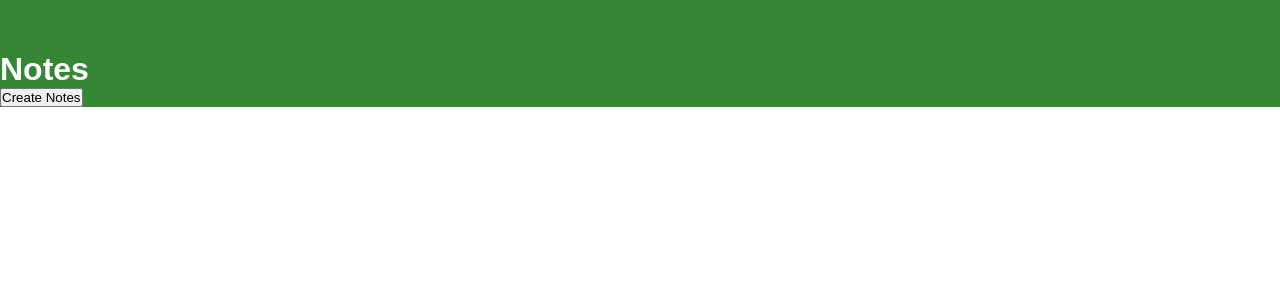
Repository: jadon1281/Imersion_Project
Page: Task2/Note_APP/index.html
These files come from the project's save history. The page is drawn as it stood at one moment and after a run of saves; the edit follows.
The browser window is 1280 px wide. The pictures show the whole page.

Above is the page before, as saved 2025-06-12 09:38:21.

### Task2/Note_APP/index.html
<!DOCTYPE html>
<html lang="en">
<head>
    <meta charset="UTF-8">
    <meta name="viewport" content="width=device-width, initial-scale=1.0">
    <title>Document</title>
    <link rel="stylesheet" href="./style.css">
</head>
<body>
    <div class="container">
        <h1>Notes</h1>
        <button>Create Notes</button>
    </div>

</body>
</html>

### Task2/Note_APP/style.css
*{
    margin: 0;
    padding: 0;
    font-family: 'Poppins',sans-serif;
    box-sizing: border-box;
}
.container{
    width: 100%;
    min-height: 100vth;
    background-color:rgb(53, 135, 53);
    color: #fff;
    padding-top: 4%;
    padd
}

After the next 2 saves:
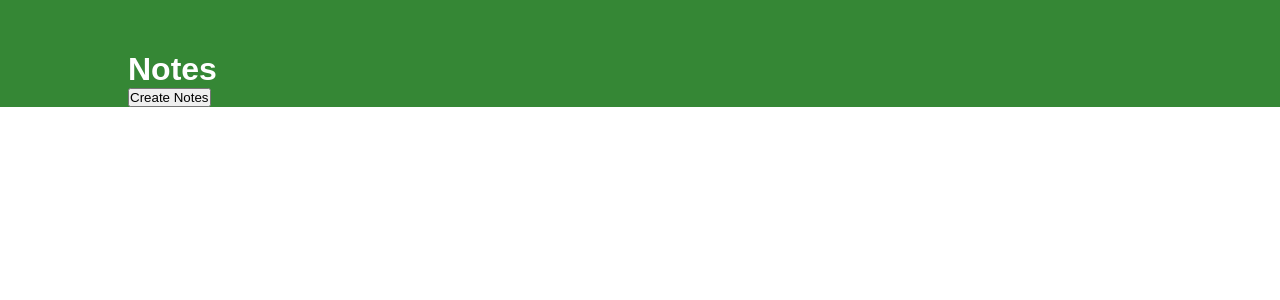
The 2 saves are shown as one change because they came seconds apart.
The last was saved 6 s later.
--- a/Task2/Note_APP/style.css
+++ b/Task2/Note_APP/style.css
@@ -10,5 +10,5 @@
     background-color:rgb(53, 135, 53);
     color: #fff;
     padding-top: 4%;
-    padd
+    padding-left: 10%;
 }
